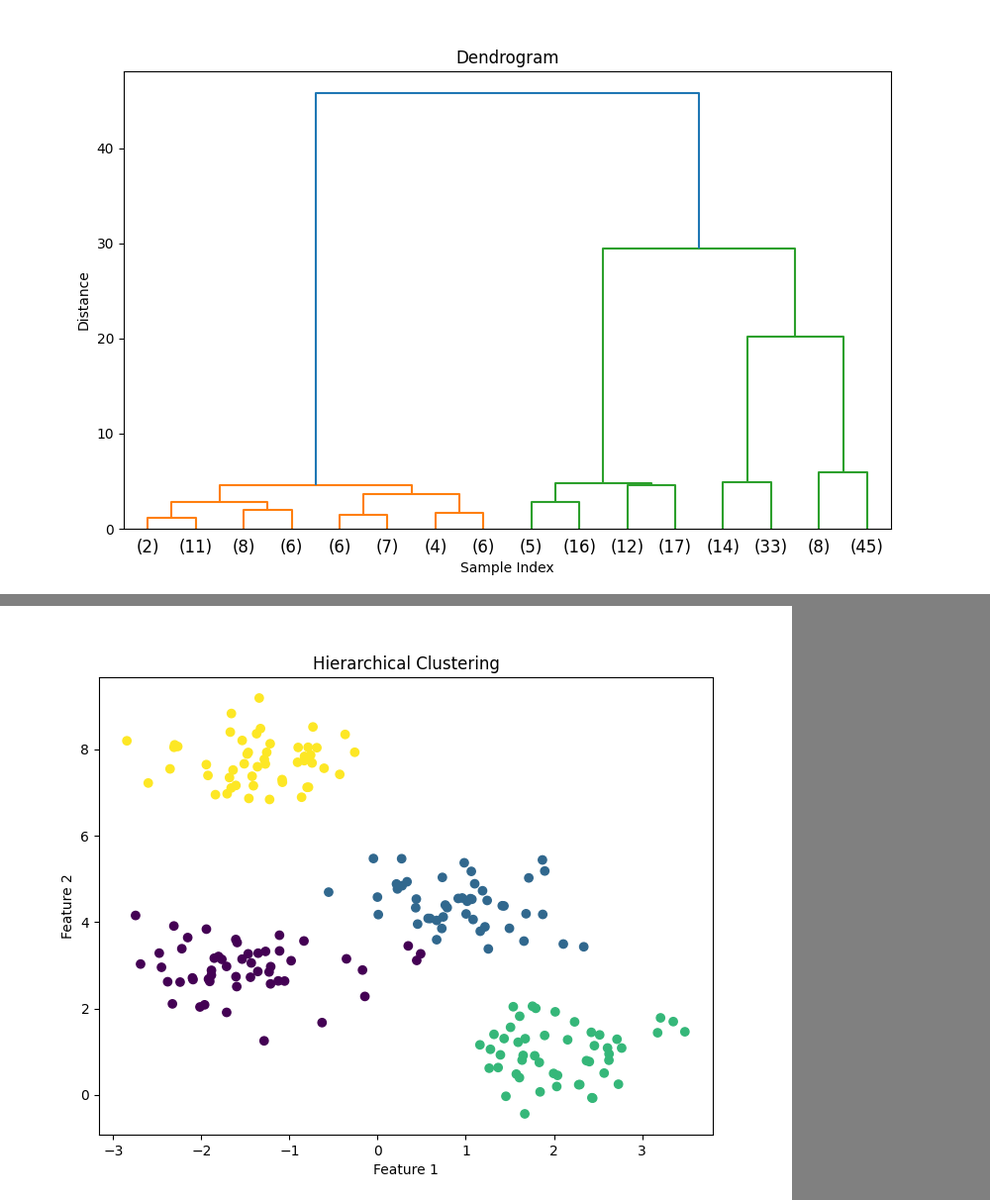
Repository: pankajchopra/Clustering
Script's output: python hierarchicalclostering.py
The author's editor kept a copy of each file at every save. The script's output is drawn from the files as they stood at one save, then again after a run of saves.
The pictures are shown at 99% of full size.
Each picture stacks the figures in order, with grey between them; figures that are only written to a file come last. Random numbers start from a fixed seed.

Above is the script's output before, as saved 2024-05-11 22:07:18.

### hierarchicalclostering.py
import numpy as np
import matplotlib.pyplot as plt
from scipy.cluster.hierarchy import dendrogram, linkage
from sklearn.datasets import make_blobs
from sklearn.cluster import AgglomerativeClustering

# Generate sample data
X, y = make_blobs(n_samples=200, centers=4, cluster_std=0.6, random_state=0)

# Calculate the linkage matrix
Z = linkage(X, method='ward')

# Plot the dendrogram
plt.figure(figsize=(10, 6))
dendrogram(Z, truncate_mode='level', p=3)
plt.xlabel("Sample Index")
plt.ylabel("Distance")
plt.title("Dendrogram")
plt.show()

# Fit the AgglomerativeClustering model
clustering = AgglomerativeClustering(n_clusters=4, linkage='ward')
cluster_labels = clustering.fit_predict(X)

# Plot the clustering results
plt.figure(figsize=(8, 6))
plt.scatter(X[:, 0], X[:, 1], c=cluster_labels)
plt.title("Hierarchical Clustering")
plt.xlabel("Feature 1")
plt.ylabel("Feature 2")
plt.show()

After the next 4 saves:
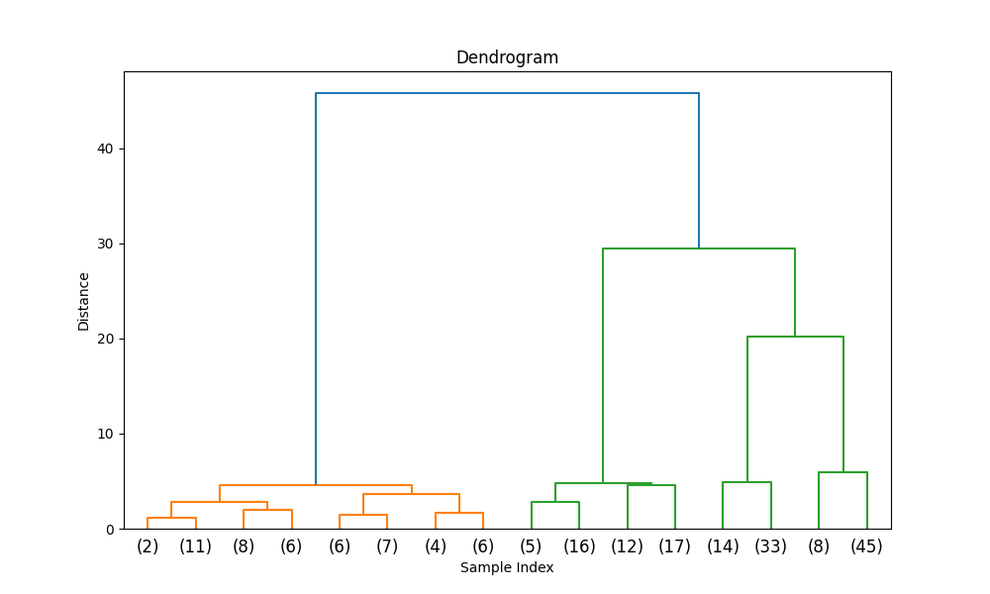
Error: NameError: name 'cl' is not defined
The 4 saves are shown as one change because 1 did not build or start and some came seconds apart.
The last was saved 3 min 31 s later.
--- a/hierarchicalclostering.py
+++ b/hierarchicalclostering.py
@@ -24,7 +24,7 @@ cluster_labels = clustering.fit_predict(X)
 
 # Plot the clustering results
 plt.figure(figsize=(8, 6))
-plt.scatter(X[:, 0], X[:, 1], c=cluster_labels)
+plt.scatter(X[:, 0], X[:, 1], c=cluster_labels, edgecolors=cl)
 plt.title("Hierarchical Clustering")
 plt.xlabel("Feature 1")
 plt.ylabel("Feature 2")
